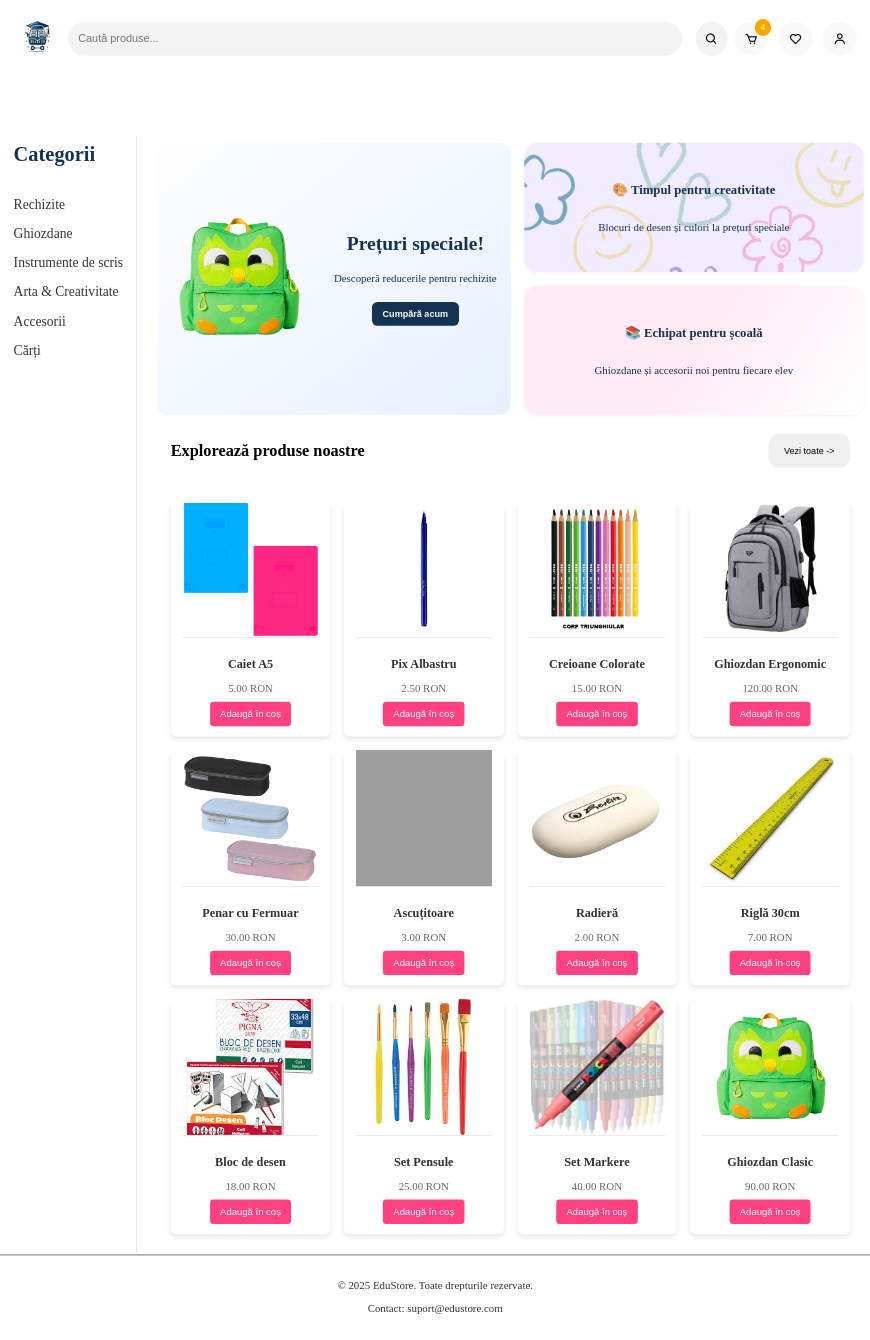
Repository: Roxana5504/WebDev-Project
Page: frontend/index.html
An editor plug-in stored every save of this project. The page is shown before and after the next save, followed by the edit.
The browser window is 1280 px wide. The pictures show the whole page, at 68% of full size.
Pictures or frames that could not be fetched are drawn as grey boxes.

Above is the page before, as saved 2025-04-23 17:40:01.

### frontend/index.html
<!DOCTYPE html>
<html lang="ro">
  <head>
    <meta charset="UTF-8" />
    <meta name="viewport" content="width=device-width, initial-scale=1.0" />
    <title>Căutare Produse</title>
    <link rel="stylesheet" href="/styles.css" />
    <link
      href="https://cdn.jsdelivr.net/npm/boxicons@2.1.4/css/boxicons.min.css"
      rel="stylesheet"
    />
  </head>

  <body>
    <header class="container-header">
      <div class="logo">
        <img src="/backend/images/logoDWS.png" alt="EduStore" />
      </div>

      <div class="search-bar">
        <button class="sidebar-toggle" id="sidebar-toggle">
          <i class="bx bx-menu"></i>
        </button>
        <input type="text" id="search-input" placeholder="Caută produse..." />
        <button class="search-btn" id="search-btn">
          <i class="bx bx-search"></i>
        </button>
      </div>

      <div class="header-icons">
        <div class="header-icon">
          <span class="cart-items">4</span>
          <i class="bx bx-cart"></i>
        </div>
        <div class="header-icon">
          <i class="bx bx-heart"></i>
        </div>
        <div class="header-icon profile">
          <i class="bx bx-user"></i>
        </div>
      </div>
    </header>

    <div class="main-content">
      <aside class="sidebar">
        <div>
          <h2>Categorii</h2>
          <ul>
            <li>Rechizite</li>
            <li>Ghiozdane</li>
            <li>Instrumente de scris</li>
            <li>Arta & Creativitate</li>
            <li>Accesorii</li>
            <li>Cărți</li>
          </ul>
        </div>
      </aside>

      <div class="container">
        <section class="banner">
          <div class="banner-left">
            <div class="banner-left-content">
              <div class="img-cont">
                <img src="/backend/images/gh.jpg" alt="Oferta specială" />
              </div>

              <div class="banner-text">
                <h2>Prețuri speciale!</h2>
                <p>Descoperă reducerile pentru rechizite</p>
                <button class="buy-now-btn" id="buy-now-btn">
                  Cumpără acum
                </button>
              </div>
            </div>
          </div>

          <div class="banner-right">
            <div class="banner-right-up">
              <h3>🎨 Timpul pentru creativitate</h3>
              <p>Blocuri de desen și culori la prețuri speciale</p>
            </div>
            <div class="banner-right-down">
              <h3>📚 Echipat pentru școală</h3>
              <p>Ghiozdane și accesorii noi pentru fiecare elev</p>
            </div>
          </div>
        </section>

        <section class="products">
          <div class="products-explore-line">
            <h2>Explorează produse noastre</h2>
            <button class="all-products-button">Vezi toate -></button>
          </div>
          <div id="product-list" class="product-list"></div>
        </section>
      </div>
    </div>
    <footer>
      <p>&copy; 2025 EduStore. Toate drepturile rezervate.</p>
      <p>Contact: suport@edustore.com</p>
    </footer>
    <script src="script.js"></script>
  </body>
</html>

### frontend/styles.css
/*CSS Roxana*/
html,
body {
  height: auto; /* nu mai forțăm 100% */
  min-height: 100%;
  margin: 0;
  padding-top: 100px;
  overflow-x: hidden;
}

.modal-overlay {
  position: fixed;
  top: 0;
  left: 0;
  right: 0;
  bottom: 0;
  background: rgba(0, 0, 0, 0.6);
  display: flex;
  align-items: center;
  justify-content: center;
  padding: 20px;
  z-index: 9999;
  overflow-y: auto;
  box-sizing: border-box;
}

.modal-content {
  display: flex;
  flex-direction: column;
  background: white;
  padding: 20px;
  border-radius: 10px;
  max-width: 800px;
  width: 100%;
  max-height: 90vh;
  overflow-y: auto;
  position: relative;
  box-sizing: border-box;
  align-items: center;
}

.modal-buttons {
  align-items: center;
  display: flex;
  gap: 10px;
  margin-top: 20px;
}

.modal-content button {
  background-color: black;
  color: white;
  font-weight: bold;
  border: none;
  padding: 12px 16px;
  border-radius: 5px;
}

.close-btn {
  position: absolute;
  top: 10px;
  right: 15px;
  font-size: 24px;
  cursor: pointer;
  color: red;
}

.modal-products {
  display: flex;
  flex-wrap: wrap;
  gap: 20px;
}

.modal-product-card {
  width: 200px;
  border: 1px solid #eee;
  border-radius: 10px;
  padding: 10px;
  text-align: center;
}

.modal-product-card img {
  max-width: 100%;
  height: auto;
  border-radius: 5px;
}

.container-header {
  position: fixed;
  top: 0px;
  background-color: white;
  z-index: 98;
  padding: 20px;
  display: flex;
  align-items: center;
  justify-content: space-between;
  width: 100%;
  box-sizing: border-box;
  flex-wrap: wrap;
  gap: 10px;
}

.logo img {
  height: 70px;
  cursor: pointer;
}

.search-bar {
  flex: 1;
  gap: 20px;
  display: flex;
  align-items: center;
  position: relative;
  max-width: 1000px;
}

.search-btn {
  width: 50px;
  height: 50px;
  border-radius: 100%;
  border: none;
  background-color: #f3f3f3;
  display: flex;
  justify-content: center;
  align-items: center;
  cursor: pointer;
  font-size: 20px;
}

.search-bar input {
  min-width: 200px;
  width: 100%;
  height: 50px;
  padding: 10px 15px;
  border-radius: 50px;
  border: none;
  background-color: #f3f3f3;
  font-size: 16px;
  outline: none;
  box-sizing: border-box;
}

.header-icons {
  display: flex;
  align-items: center;
  gap: 15px;
}

.header-icon {
  position: relative;
  width: 50px;
  height: 50px;
  background-color: #f9f9f9;
  border-radius: 50%;
  display: flex;
  justify-content: center;
  align-items: center;
  cursor: pointer;
}

.header-icon i {
  font-size: 20px;
  color: black;
}

.cart-items {
  position: absolute;
  top: -4px;
  right: -4px;
  background-color: orange;
  color: white;
  font-size: 12px;
  border-radius: 100%;
  padding: 5px 9px;
}

.main-content {
  display: flex;
  width: 100%;
  box-sizing: border-box;
}

.container {
  flex: 1;
  width: 100%;
  margin: 0px auto;
  display: flex;
  flex-direction: column;
  padding: 10px;
  max-width: 1200px;
  box-sizing: border-box;
  justify-content: flex-start;
}

.sidebar {
  position: relative;
  height: auto;
  width: 200px;
  padding-right: 0px;
  margin-right: 20px;
  border-right: 1px solid rgb(203, 227, 255);
}

.sidebar div {
  position: sticky;
  top: 0px;
  background-color: white;
  z-index: 99;
}

.sidebar h2 {
  padding: 10px 0 10px 20px;
  font-size: 30px;
  font-weight: bold;
  margin-top: 0px;
  color: rgb(22, 50, 82);
}

.sidebar ul {
  list-style: none;
  padding: 0;
  margin: 0;
  margin-left: 20px;
}

.sidebar ul li {
  padding: 10px 0;
  font-size: 20px;
  color: #333;
  cursor: pointer;
  transition: color 0.3s ease;
}

.sidebar ul li:hover {
  color: #0d4e5a;
}

.sidebar-toggle {
  background: none;
  border: none;
  font-size: 25px;
  cursor: pointer;
  display: none;
}

.banner {
  display: flex;
  flex-wrap: wrap;
  gap: 20px;
  width: 100%;
  box-sizing: border-box;
}

.banner-left {
  box-sizing: border-box;
  background: linear-gradient(to bottom right, #fefeff, #e8f0ff);
  border-radius: 16px;
  padding: 10px;
  position: relative;
  display: flex;
  align-items: center;
  flex: 1;
}

.banner-left-content {
  display: flex;
  gap: 20px;
  align-items: center;
  flex-wrap: wrap;
  width: 100%;
  justify-content: center;
  text-align: center;
}

.banner-left-content img {
  width: 100%;
  max-width: 220px;
  height: auto;
  border-radius: 10px;
  object-fit: cover;
}

.banner-text {
  flex: 1;
  display: flex;
  flex-direction: column;
  gap: 10px;
}

.banner-text h2 {
  font-size: 1.8rem;
  color: rgb(22, 50, 82);
  margin: 0;
}

.banner-text p {
  font-size: 1rem;
  color: rgb(22, 50, 82);
}

.buy-now-btn {
  background-color: rgb(22, 50, 82);
  max-width: 200px;
  color: white;
  border: none;
  padding: 10px 16px;
  border-radius: 8px;
  font-weight: bold;
  cursor: pointer;
  align-self: center;
}

.banner-right {
  flex: 1;
  display: flex;
  flex-direction: column;
  justify-content: space-between;
  gap: 20px;
  min-width: 300px;
}

.banner-right-up,
.banner-right-down {
  border-radius: 20px;
  padding: 20px;
  text-align: center;
  min-height: 150px;
  display: flex;
  flex-direction: column;
  justify-content: center;
  box-shadow: 0 2px 6px rgba(0, 0, 0, 0.05);
}

.banner-right-up {
  background: url("/backend/images/bkgdsw.jpg");
  background-size: cover;
  color: rgb(22, 50, 82);
  flex: 1;
}

.banner-right-down {
  background: #ffebf5;
  background: linear-gradient(
    124deg,
    rgba(255, 235, 245, 1) 50%,
    rgba(255, 255, 255, 1) 100%
  );
  color: rgb(22, 50, 82);
  flex: 1;
}

footer {
  text-align: center;
  padding: 20px;
  border-top: 1px solid #333;
  color: #333;
  background-color: white;
}

.products-explore-line {
  display: flex;
  justify-content: space-between;
  width: 100%;
  box-sizing: border-box;
  align-items: center;
  padding: 20px;
}

.all-products-button {
  border: none;
  border-radius: 16px;
  padding: 0px 10px;
  width: 120px;
  height: 50px;
  cursor: pointer;
}

@media (max-width: 768px) {
  .search-bar {
    gap: 10px;
    width: 100%;
    margin: 0px;
    order: 1;
    display: flex;
    justify-content: center;
  }

  .search-bar input {
    flex: 1;
    margin: 0 10px;
  }

  .banner {
    flex-direction: column;
  }

  .banner-left {
    width: 100%;
    flex: none;
  }

  .banner-right {
    flex-direction: row;
    flex-wrap: wrap;
    width: 100%;
    gap: 20px;
  }

  .banner-right-up,
  .banner-right-down {
    flex: 1 1 48%;
    min-width: 48%;
    padding: 15px;
  }
}

@media (max-width: 600px) {
  .modal-products {
    flex-direction: column;
    align-items: center;
  }

  .modal-product-card {
    width: 100%;
    max-width: 300px;
  }
  .sidebar {
    position: fixed;
    z-index: 99;
    transform: translateX(-100%);
    display: none;
    border: none;
  }

  .sidebar-toggle {
    display: block;
  }

  .sidebar.open {
    transform: translateX(0);
    display: block;
  }

  .sidebar h2 {
    font-size: 22px;
  }

  .sidebar ul li {
    font-size: 16px;
  }
}

/*Sfarsit CSS Roxana*/

.product-list {
  display: grid;
  grid-template-columns: repeat(auto-fit, minmax(220px, 1fr));
  gap: 20px;
  padding: 20px;
}

.product-card {
  background: white;
  border-radius: 8px;
  box-shadow: 0px 4px 8px rgba(0, 0, 0, 0.1);
  overflow: hidden;
  text-align: center;
  transition: transform 0.2s ease-in-out;
}

.product-card:hover {
  transform: scale(1.05);
}

.product-card img {
  width: 100%;
  height: 200px;
  object-fit: cover;
  border-bottom: 1px solid #ddd;
}

.product-card .product-info {
  padding: 15px;
}

.product-card h3 {
  font-size: 18px;
  margin: 10px 0;
  color: #333;
}

.product-card p {
  font-size: 16px;
  color: #666;
  margin-bottom: 10px;
}

.product-card button {
  background: #ff4081;
  color: white;
  border: none;
  padding: 10px 15px;
  border-radius: 5px;
  cursor: pointer;
  font-size: 14px;
  transition: background 0.3s;
}

.product-card button:hover {
  background: #e6006e;
}

@media (max-width: 768px) {
  .product-list {
    grid-template-columns: repeat(auto-fit, minmax(180px, 1fr));
  }
}

### frontend/script.js
//Roxana
document.addEventListener("DOMContentLoaded", function () {
  const categoryItems = document.querySelectorAll("aside li")
  const productList = document.getElementById("product-list")
  let products = []

  fetch("/products.json")
    .then((response) => {
      if (!response.ok) {
        throw new Error("Eroare la încărcarea fișierului products.json")
      }
      return response.json()
    })
    .then((data) => {
      products = data.products.map((product) => {
        const name = product.name.toLowerCase()
        let category = "altele"

        if (name.includes("ghiozdan")) category = "ghiozdane"
        else if (
          name.includes("pix") ||
          name.includes("creion") ||
          name.includes("marker") ||
          name.includes("pensul")
        )
          category = "arta-creativitate"
        else if (
          name.includes("radier") ||
          name.includes("ascuțitoare") ||
          name.includes("rigl")
        )
          category = "accesorii"
        else if (
          name.includes("caiet") ||
          name.includes("penar") ||
          name.includes("bloc")
        )
          category = "rechizite"

        return { ...product, category }
      })

      renderProducts()
    })
    .catch((error) => {
      console.error("Eroare la încărcare produse:", error)
    })

  function renderProducts() {
    productList.innerHTML = ""
    products.forEach((product) => {
      const productCard = document.createElement("div")
      productCard.classList.add("product-card")
      productCard.setAttribute("data-category", product.category)
      productCard.innerHTML = `
        <img src="${product.image}" alt="${
        product.name
      }" style="width: 200px; height: 200px; object-fit: cover;">
        <div class="product-info">
          <h3>${product.name}</h3>
          <p>${product.price.toFixed(2)} RON</p>
          <button>Adaugă în coș</button>
        </div>
      `
      productList.appendChild(productCard)
    })
  }

  categoryItems.forEach((item) => {
    item.addEventListener("click", function () {
      const category = this.textContent
        .trim()
        .toLowerCase()
        .replace(/\s+/g, "-")
      const productCards = document.querySelectorAll(".product-card")

      productCards.forEach((product) => {
        if (
          product.getAttribute("data-category") === category ||
          category === "toate"
        ) {
          product.style.display = "flex"
        } else {
          product.style.display = "none"
        }
      })
    })
  })
})

document.getElementById("search-btn").addEventListener("click", () => {
  const query = document.getElementById("search-input").value.trim()

  fetch(`/products/${query}`)
    .then((res) => {
      if (!res.ok) throw new Error("Server error: " + res.status)
      return res.json()
    })
    .then((data) => {
      if (data.length > 0) {
        showModalWithProducts(data)
      } else {
        showNoProductFoundModal(query)
      }
    })
    .catch((err) => {
      console.error("Eroare:", err)
    })
})

document.getElementById("buy-now-btn").addEventListener("click", () => {
  const query = "Ghiozdan Clasic"
  fetch(`/products/${query}`)
    .then((res) => {
      if (!res.ok) throw new Error("Server error: " + res.status)
      return res.json()
    })
    .then((data) => {
      if (data.length > 0) {
        showModalWithProducts(data)
      } else {
        showNoProductFoundModal(query)
      }
    })
    .catch((err) => {
      console.error("Eroare:", err)
    })
})

function showModalWithProducts(products) {
  let modalHTML = `
      <div id="product-modal" class="modal-overlay">
        <div class="modal-content">
          <span class="close-btn" onclick="closeModal()">&times;</span>
          <h2>Rezultate Căutare</h2>
          <div class="modal-products">
    `

  products.forEach((product) => {
    modalHTML += `
        <div class="modal-product-card">
          <img src="${product.image}" alt="${product.name}" />
          <h3>${product.name}</h3>
          <p>Preț: ${product.price} lei</p>
          <p>Cantitate: ${product.quantity ?? "Nespecificat"}</p>
        </div>
      `
  })

  modalHTML += `
          </div>
        </div>
      </div>
    `

  document.body.insertAdjacentHTML("beforeend", modalHTML)
}

function showNoProductFoundModal(query) {
  const modalHTML = `
      <div id="product-modal" class="modal-overlay">
        <div class="modal-content">
          <span class="close-btn" onclick="closeModal()">&times;</span>
          <h2>Produs negăsit</h2>
          <p>Nu am găsit produsul <strong>"${query}"</strong>.</p>
          <p>Dorești să îl adaugi în magazin?</p>
          <div class="modal-buttons">
          <button onclick="openAddProductForm('${query}')">Adaugă produs</button>
          <button onclick="closeModal()">Încearcă din nou</button></div>
        </div>
      </div>
    `
  document.body.insertAdjacentHTML("beforeend", modalHTML)
}

function closeModal() {
  const modal = document.getElementById("product-modal")
  if (modal) modal.remove()
}

const sidebarToggle = document.getElementById("sidebar-toggle")
const sidebar = document.querySelector(".sidebar")

sidebarToggle.addEventListener("click", () => {
  sidebar.classList.toggle("open")
})
//Sfarsit cod Roxana

### backend/products.json
{
  "products": [
    { "name": "Caiet A5", "price": 5.0, "image": "/backend/images/caiet.jpg" },
    {
      "name": "Pix Albastru",
      "price": 2.5,
      "image": "/backend/images/pix.jpg",
      "quantity": 20
    },
    {
      "name": "Creioane Colorate",
      "price": 15.0,
      "image": "/backend/images/creioane.jpg",
      "quantity": 20
    },
    {
      "name": "Ghiozdan Ergonomic",
      "price": 120.0,
      "image": "/backend/images/ghiozdan.jpg",
      "quantity": 20
    },
    {
      "name": "Penar cu Fermuar",
      "price": 30.0,
      "image": "/backend/images/penar.jpg",
      "quantity": 20
    },
    {
      "name": "Ascuțitoare",
      "price": 3.0,
      "image": "/backend/images/ascutitoare.jpg",
      "quantity": 20
    },

    {
      "name": "Radieră",
      "price": 2.0,
      "image": "/backend/images/radiera.jpg",
      "quantity": 20
    },
    {
      "name": "Riglă 30cm",
      "price": 7.0,
      "image": "/backend/images/rigla.jpg",
      "quantity": 20
    },
    {
      "name": "Bloc de desen",
      "price": 18.0,
      "image": "/backend/images/blocdesen.jpg",
      "quantity": 20
    },
    {
      "name": "Set Pensule",
      "price": 25.0,
      "image": "/backend/images/pensule.jpg",
      "quantity": 20
    },
    {
      "name": "Set Markere",
      "price": 40.0,
      "image": "/backend/images/markere.jpg",
      "quantity": 20
    },
    {
      "name": "Ghiozdan Clasic",
      "price": 90.0,
      "image": "/backend/images/gh.jpg",
      "quantity": 20
    }
  ]
}

After the next save:
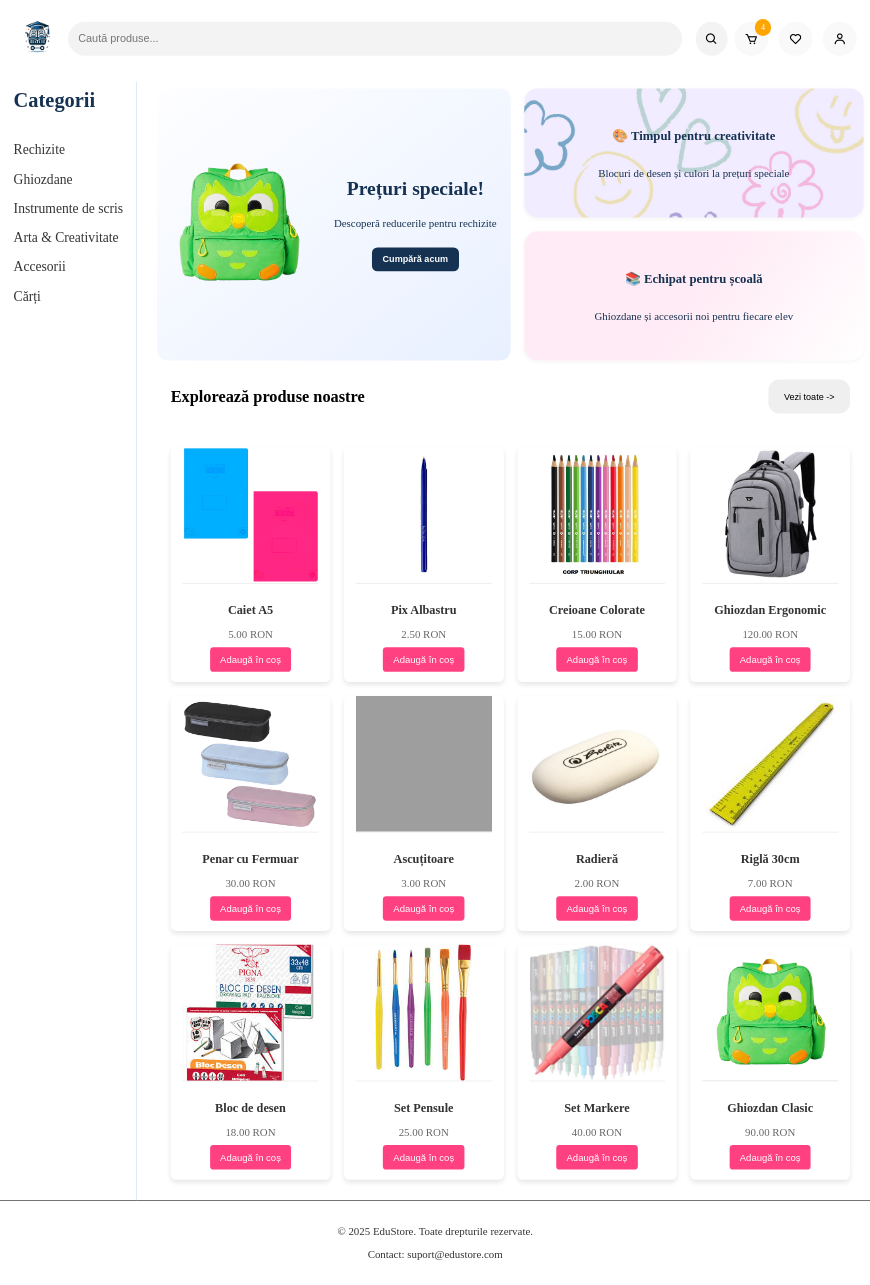
Saved 11 s later.
--- a/frontend/styles.css
+++ b/frontend/styles.css
@@ -4,7 +4,7 @@ body {
   height: auto; /* nu mai forțăm 100% */
   min-height: 100%;
   margin: 0;
-  padding-top: 100px;
+  padding-top: 60px;
   overflow-x: hidden;
 }
 
